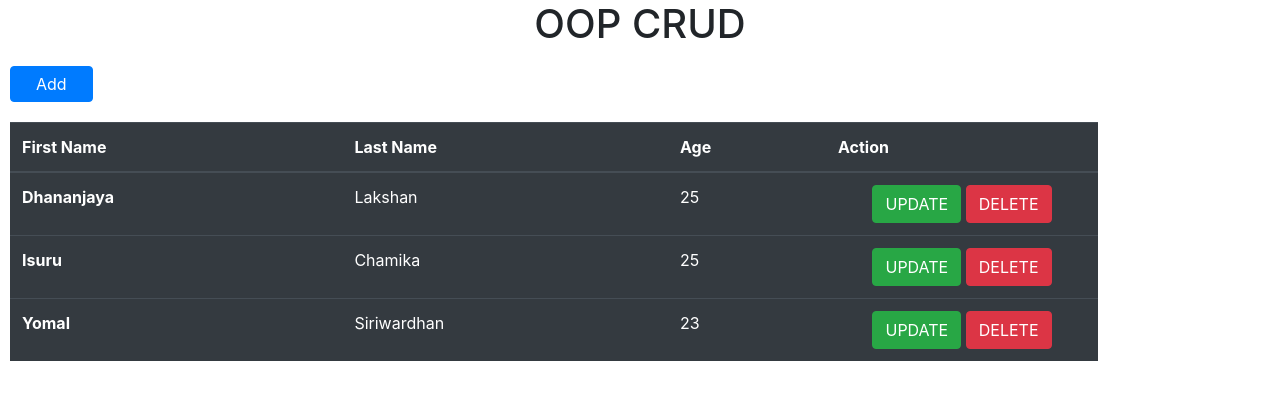
Repository: DhananjayaLakshan/PHP_CRUD_OOP1
Page: index.html
The author's editor kept a copy of each file at every save. The page is drawn from the files as they stood at one save, then again after the next save.
The browser window is 1280 px wide. The pictures show the whole page.

Above is the page before, as saved 2023-11-30 11:04:18.

### index.html
<!DOCTYPE html>
<html lang="en">

<head>
    <meta charset="UTF-8">
    <meta name="viewport" content="width=device-width, initial-scale=1.0">
    <title>CRUD OOP</title>
    <link rel="stylesheet" href="https://cdn.jsdelivr.net/npm/bootstrap@4.5.3/dist/css/bootstrap.min.css"
        integrity="sha384-TX8t27EcRE3e/ihU7zmQxVncDAy5uIKz4rEkgIXeMed4M0jlfIDPvg6uqKI2xXr2" crossorigin="anonymous">
    <link rel="stylesheet" href="style.css">
    <script src="script.js"></script>
</head>

<body>

    <h1 style="text-align: center;">OOP CRUD</h1>

    <a href="#"><button class="btn btn-primary addButton" id="addButton">Add</button></a>


    <table class="table table-dark">
        <thead>
            <tr>

                <th scope="col">First Name</th>
                <th scope="col">Last Name</th>
                <th scope="col">Age</th>
                <th scope="col">Action</th>
            </tr>
        </thead>
        <tbody>
            <tr>
                <th>Dhananjaya</th>
                <td>Lakshan</td>
                <td>25</td>
                <td style="width: 25%; text-align: center;">
                    <button class="btn btn-success">UPDATE</button>
                    <button class="btn btn-danger">DELETE</button>
                </td>
            </tr>
            <tr>
                <th>Isuru</th>
                <td>Chamika</td>
                <td>25</td>
                <td style="width: 25%; text-align: center;">
                    <button class="btn btn-success">UPDATE</button>
                    <button class="btn btn-danger">DELETE</button>
                </td>
            </tr>
            <tr>
                <th>Yomal</th>
                <td>Siriwardhan</td>
                <td>23</td>
                <td style="width: 25%; text-align: center;">
                    <button class="btn btn-success">UPDATE</button>
                    <button class="btn btn-danger">DELETE</button>
                </td>
            </tr>
        </tbody>
    </table>
















    <script src="https://code.jquery.com/jquery-3.5.1.slim.min.js"
        integrity="sha384-DfXdz2htPH0lsSSs5nCTpuj/zy4C+OGpamoFVy38MVBnE+IbbVYUew+OrCXaRkfj"
        crossorigin="anonymous"></script>
    <script src="https://cdn.jsdelivr.net/npm/bootstrap@4.5.3/dist/js/bootstrap.bundle.min.js"
        integrity="sha384-ho+j7jyWK8fNQe+A12Hb8AhRq26LrZ/JpcUGGOn+Y7RsweNrtN/tE3MoK7ZeZDyx"
        crossorigin="anonymous"></script>
</body>

</html>

### style.css
.addButton {
    padding: 5px 25px;
    margin: 10px;

}

.table{
    margin: 10px !important;
    width: 85%;

}

Loaded but not shown: script.js (no stored copy; drawn as an empty file)

After the next save:
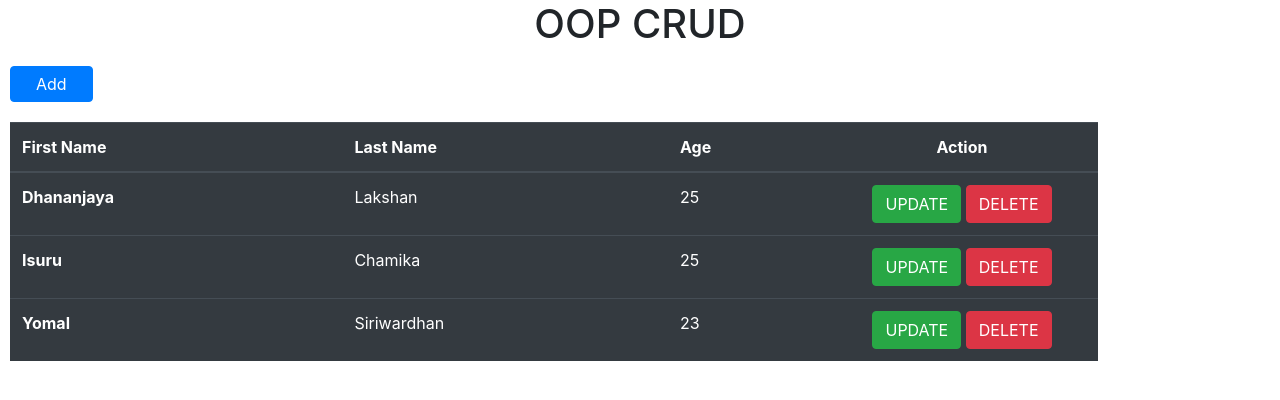
Saved 1 s later.
--- a/index.html
+++ b/index.html
@@ -25,7 +25,7 @@
                 <th scope="col">First Name</th>
                 <th scope="col">Last Name</th>
                 <th scope="col">Age</th>
-                <th scope="col">Action</th>
+                <th scope="col" style="text-align: center;">Action</th>
             </tr>
         </thead>
         <tbody>
